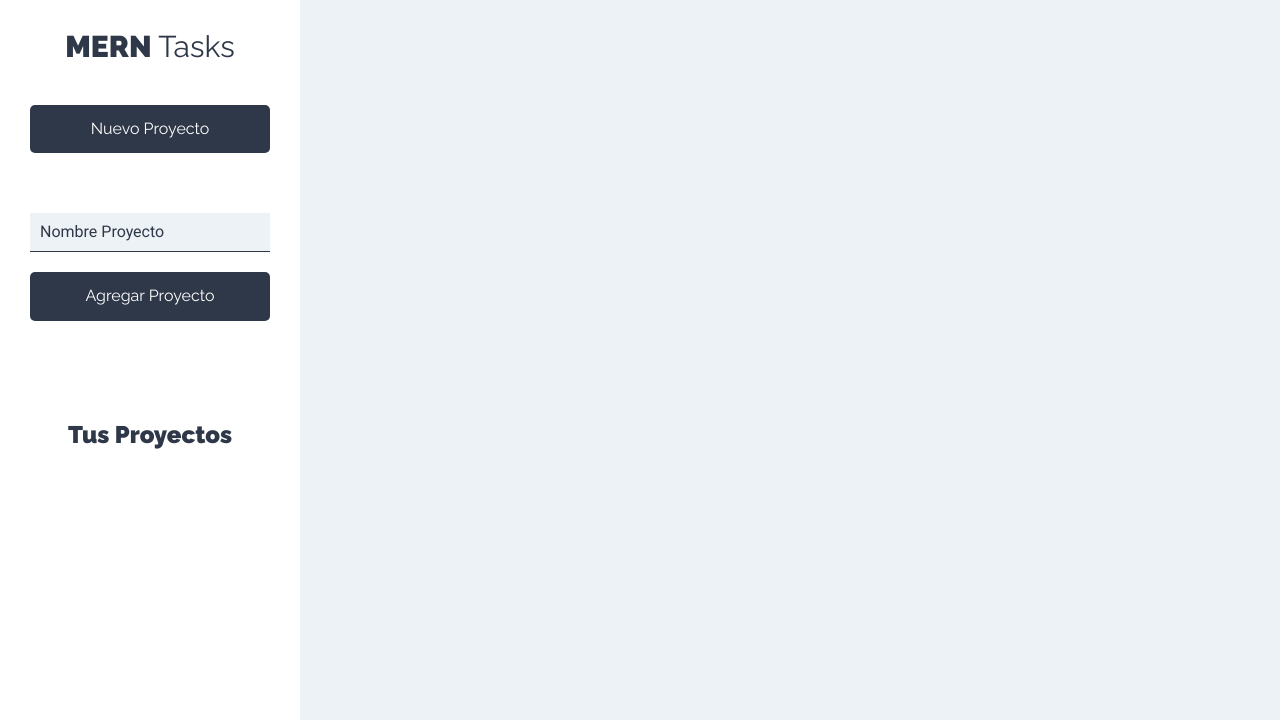
Repository: tive02/MERNTask-cliente
Page: /proyectos
The author's editor kept a copy of each file at every save. The page is drawn from the files as they stood at one save, then again after the next save.
The browser window is 1280 px wide. The pictures show the whole page.
The project was rebuilt for these pictures with package versions that can differ from the ones it lists, and the page was loaded fresh each time. Also part of the build but not shown: src/components/auth/Login.js, src/components/auth/NuevaCuenta.js.

Above is the page before, as saved 2021-03-19 21:12:08.

After the next save:
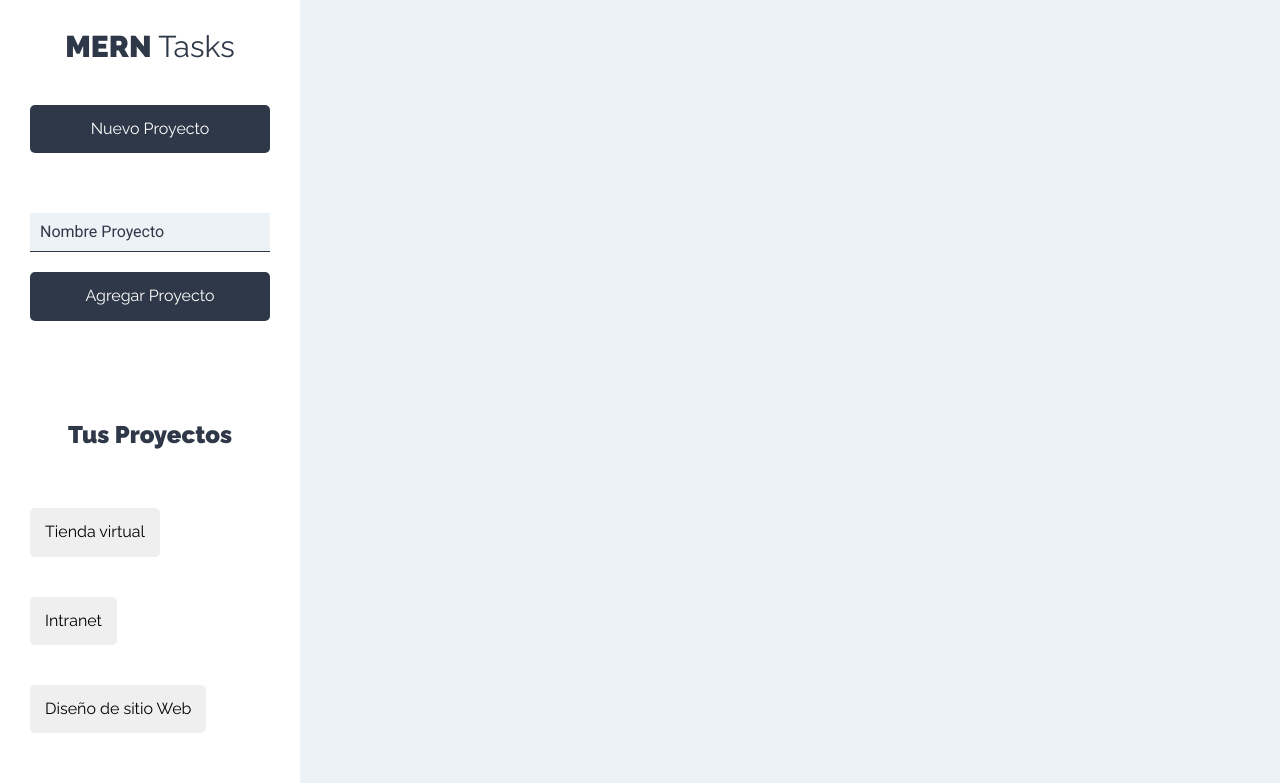
Saved 49 s later.
--- a/src/components/layout/Sidebar.js
+++ b/src/components/layout/Sidebar.js
@@ -1,4 +1,5 @@
 import React from "react";
+import ListadoProyectos from "../proyectos/ListadoProyectos";
 import NuevoProyecto from "../proyectos/NuevoProyecto";
 
 const Sidebar = () => {
@@ -10,6 +11,7 @@ const Sidebar = () => {
       <NuevoProyecto />
       <div className="proyectos">
         <h2>Tus Proyectos</h2>
+        <ListadoProyectos />
       </div>
     </aside>
   );
